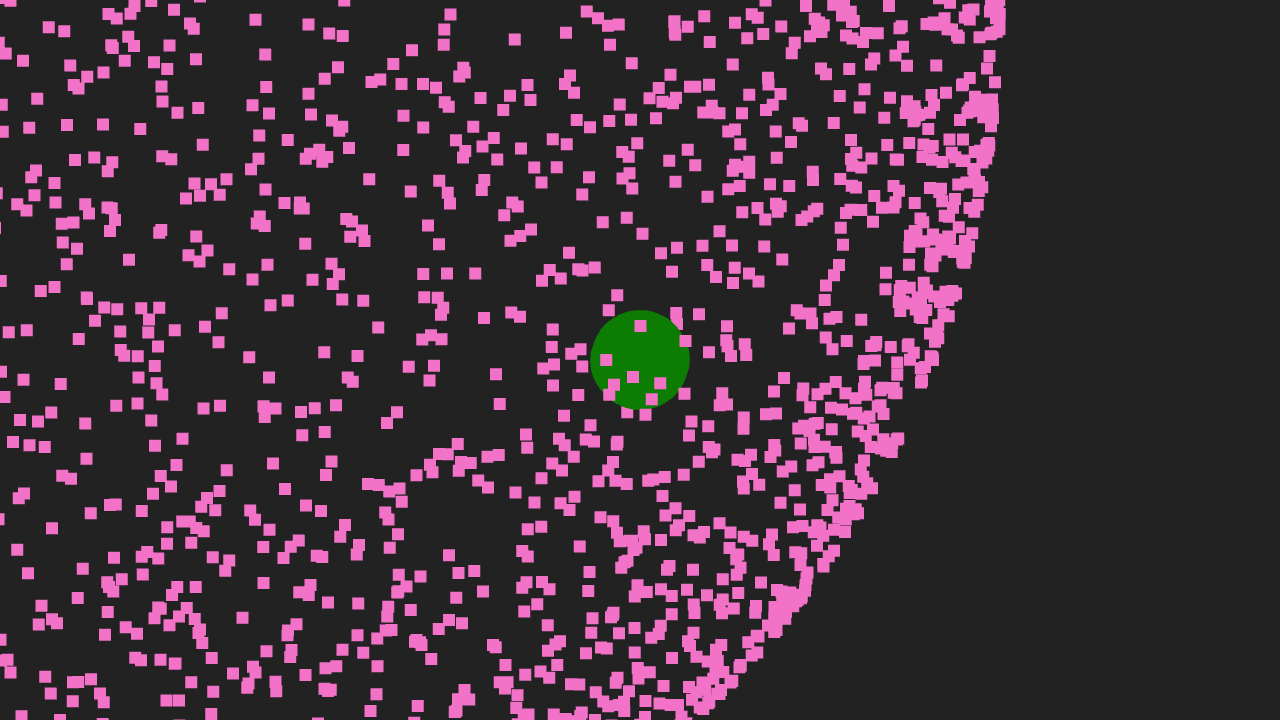
Repository: ZakariaZhlat125/multiple3dWindow
Page: index.html
These files come from the project's save history. The page is drawn as it stood at one moment and after the next save; the edit follows.
The browser window is 1280 px wide. The pictures show the whole page.

Above is the page before, as saved 2023-12-03 22:39:52.

After the next save:
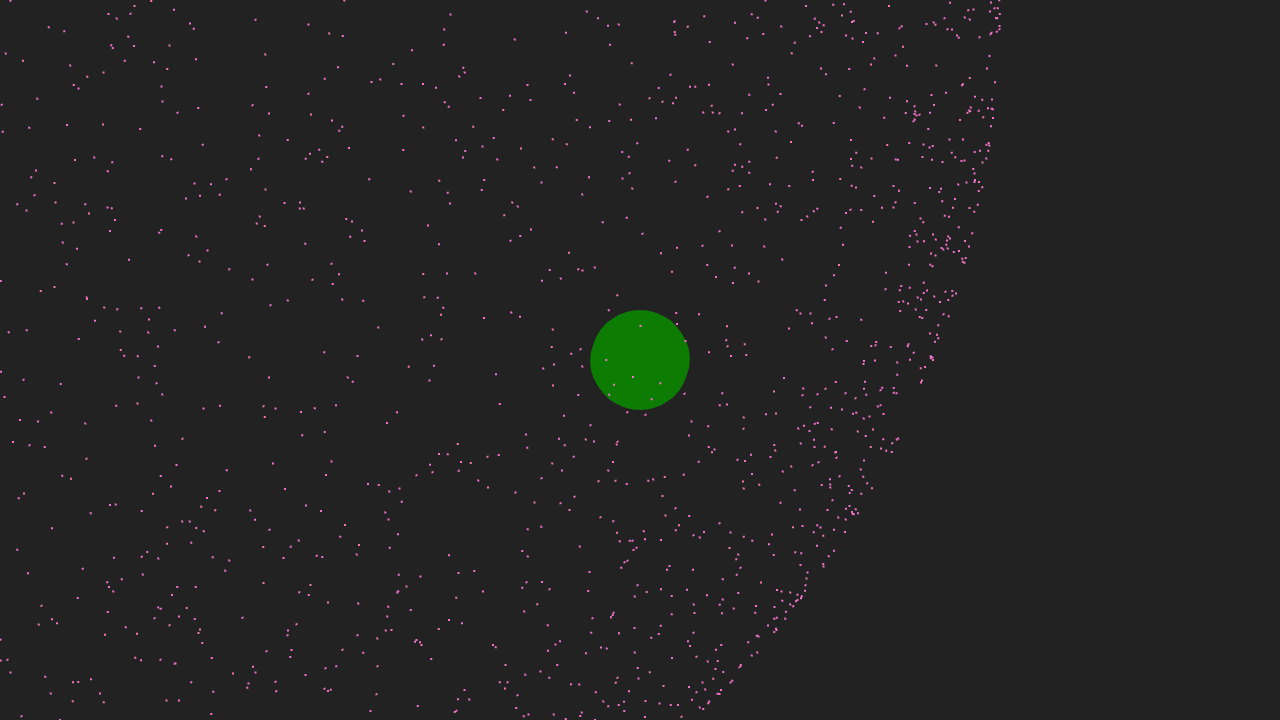
Saved 4 s later.
--- a/main.js
+++ b/main.js
@@ -201,7 +201,7 @@ if (new URLSearchParams(window.location.search).get("clear")) {
     const material = new t.PointsMaterial({
       transparent: true,
       color: 0xf272c8,
-      size: 12,
+      size: 2,
       sizeAttenuation: true,
       depthWrite: false,
     });
